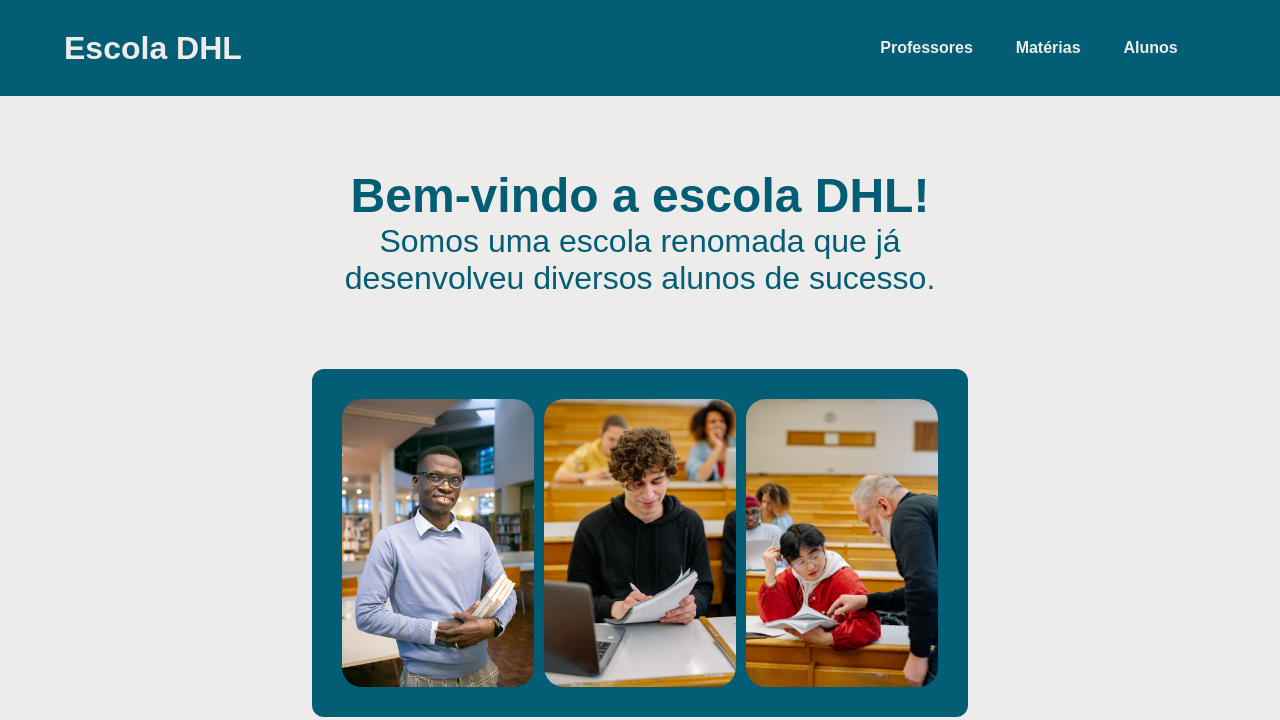
Repository: SirHick/sa-sistema-escola-DHL
Page: front/professores.html
These files come from the project's save history. The page is drawn as it stood at one moment and after the next save; the edit follows.
The browser window is 1280 px wide. The pictures show the whole page.

Above is the page before, as saved 2026-07-17 16:06:26.

### front/professores.html
<!DOCTYPE html>
<html lang="pt-br">
<head>
    <meta charset="UTF-8">
    <meta name="viewport" content="width=device-width, initial-scale=1.0">
    <title>Professores</title>
    <link rel="stylesheet" href="style.css">
</head>
<body>
    <header>

        <h1>Escola DHL</h1>

        <nav>
            <a href="">Professores</a>
            <a href="">Matérias</a>
            <a href="">Alunos</a>
        </nav>
    </header>

    <section class = "main-text">
            <h2>Bem-vindo a escola DHL!</h2>

            <p>Somos uma escola renomada que já
                desenvolveu diversos alunos de sucesso.</p>
    </section>

    <main class = "hero-section">
        <img src="images/pexels-kampus-5940864.jpg" alt="A black student with books">
        <img src="images/pexels-yankrukov-8199147.jpg" alt="A student studying">
        <img src="images/student-and-teacher.jpg" alt="A student receiving help from his teacher">
    </main>


    <script src="script.js"></script>
</body>
</html>

### front/style.css
*{
    margin: 0;
    padding: 0;
    box-sizing: border-box;
    object-fit: cover;
    font-family: 'Nunito', sans-serif;
}


body{
    background: #EDECEA;

}

.landing-page{
    display: flex;
}


header{
    background: #035D74;
    width: 100vw;
    height: 6rem;
    max-height: 8rem;
    display: grid;
    grid-template-columns: 1fr 1fr;
    align-items: center;
    padding-left: 5vw;
    padding-right: 5vw;
}

header h1{
    color: #EDECEA;
}

header nav{
    justify-self: end;

}

header nav a{
    text-decoration: none;
    color: #EDECEA;
    font-weight: 700;
    margin-right: 3vw;
}

.hero-section{
    justify-self: center;
    background-color: #035D74;
    margin-top: 10vh;
    display: grid;
    grid-template-columns: auto auto auto;
    gap: 10px;
    border-radius:12px;
    padding: 30px;
}

.hero-section img{
    width: 15vw;
    border-radius: 20px;
}

.main-text{
    margin-bottom: 3vh;
    color: #035D74;
    text-align: center;
    margin-top: 10vh;
    font-size: 2rem;
    max-width: 50vw;
    justify-self: center;
}

Loaded but not shown: front/script.js (no stored copy; drawn as an empty file)

After the next save:
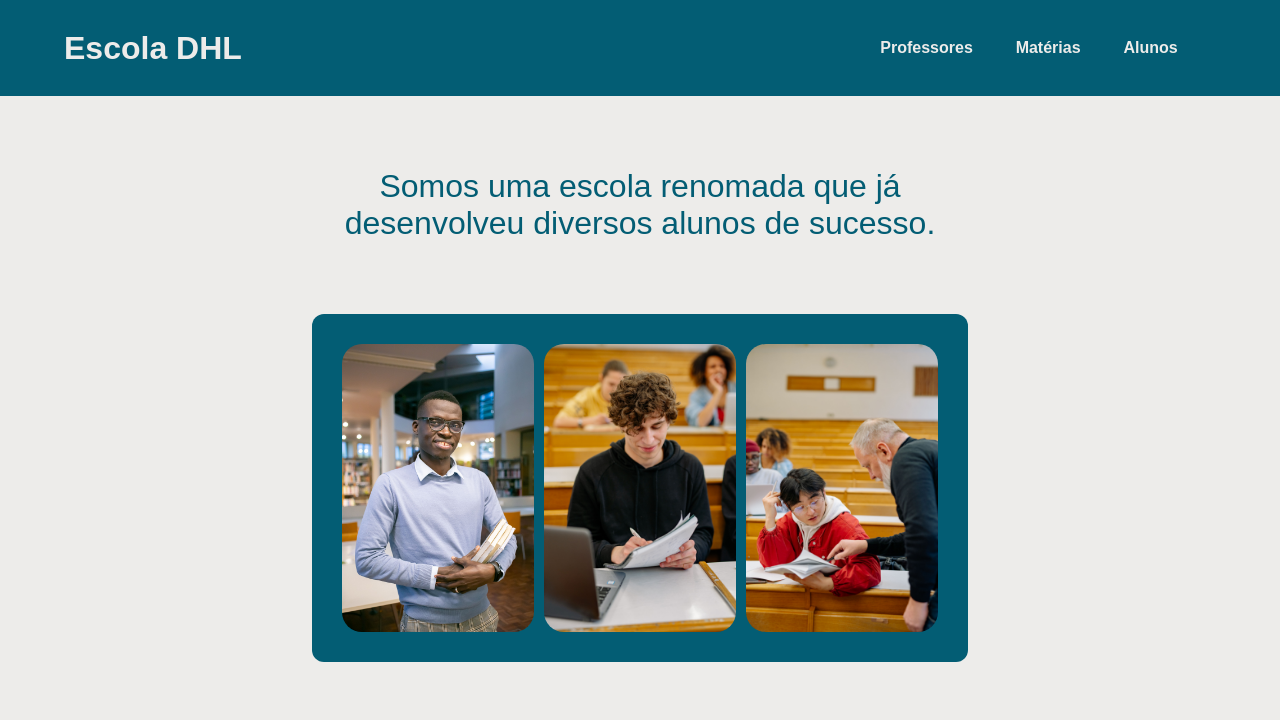
Saved 5 s later.
--- a/front/professores.html
+++ b/front/professores.html
@@ -19,7 +19,7 @@
     </header>
 
     <section class = "main-text">
-            <h2>Bem-vindo a escola DHL!</h2>
+            <h2></h2>
 
             <p>Somos uma escola renomada que já
                 desenvolveu diversos alunos de sucesso.</p>

After the save that followed:
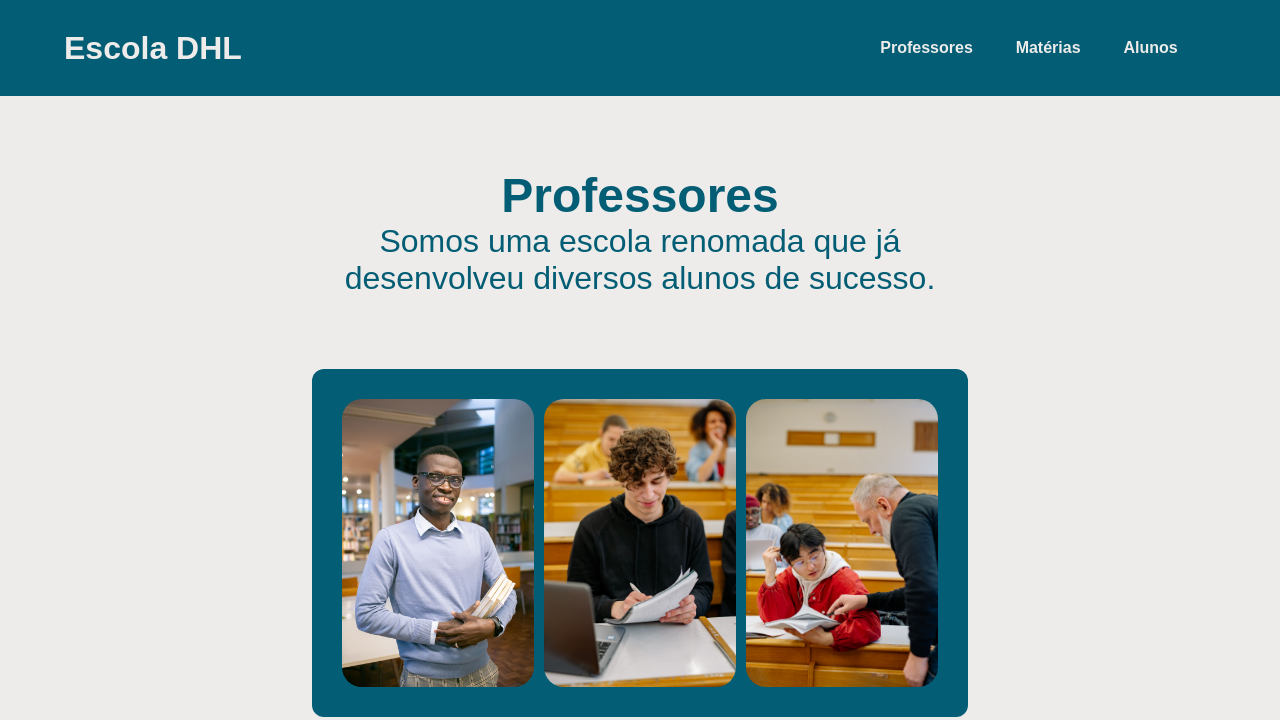
Saved 6 s later.
--- a/front/professores.html
+++ b/front/professores.html
@@ -19,7 +19,7 @@
     </header>
 
     <section class = "main-text">
-            <h2></h2>
+            <h2>Professores</h2>
 
             <p>Somos uma escola renomada que já
                 desenvolveu diversos alunos de sucesso.</p>
